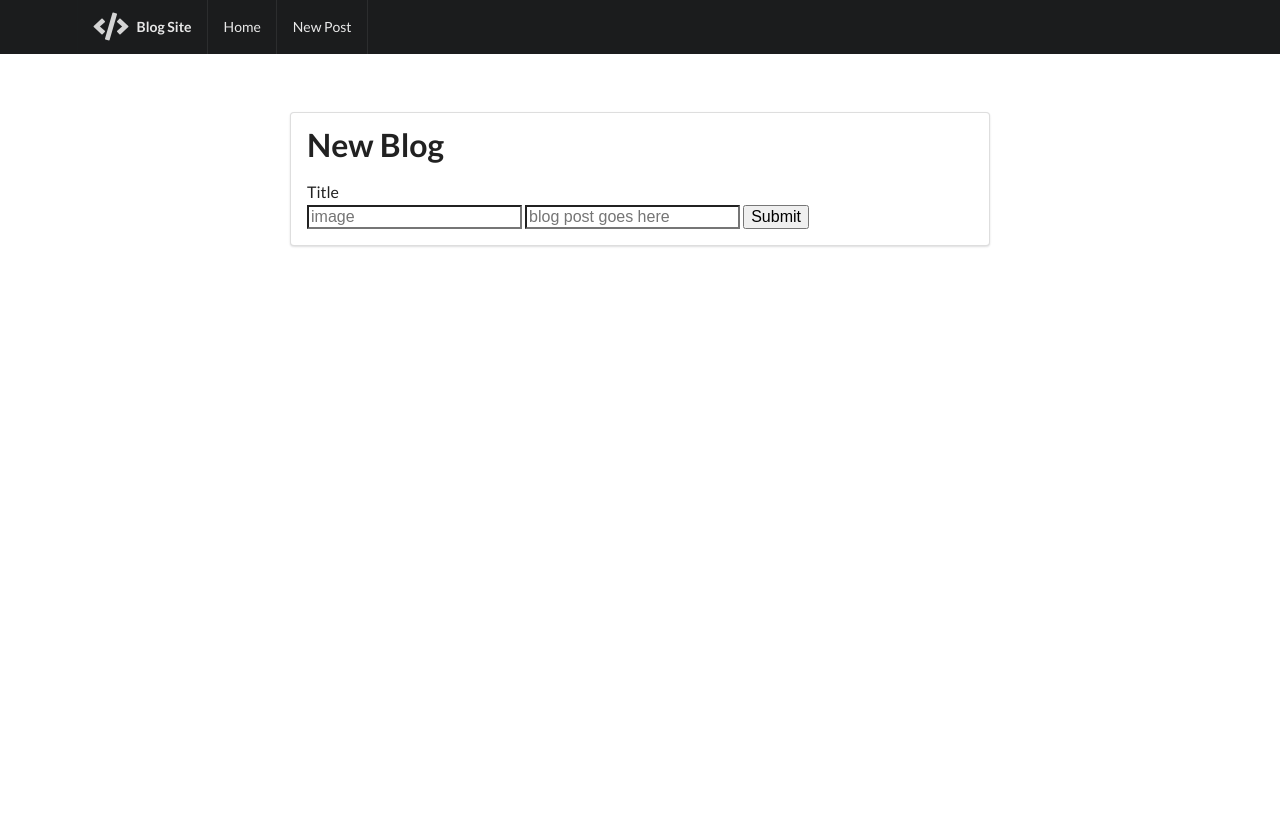
Repository: bosicheng/yelpcamp-project
Page: http://localhost/blogs/new
The author's editor kept a record of every edit. The page is drawn from the files as they stood at one moment, then again after the next edit.
The browser window is 1280 px wide. The pictures show the whole page.
The page is served by the project's Node server (RESTful Routing/RESTfulBlogApp/app.js).

Above is the page before.

After the next edit:
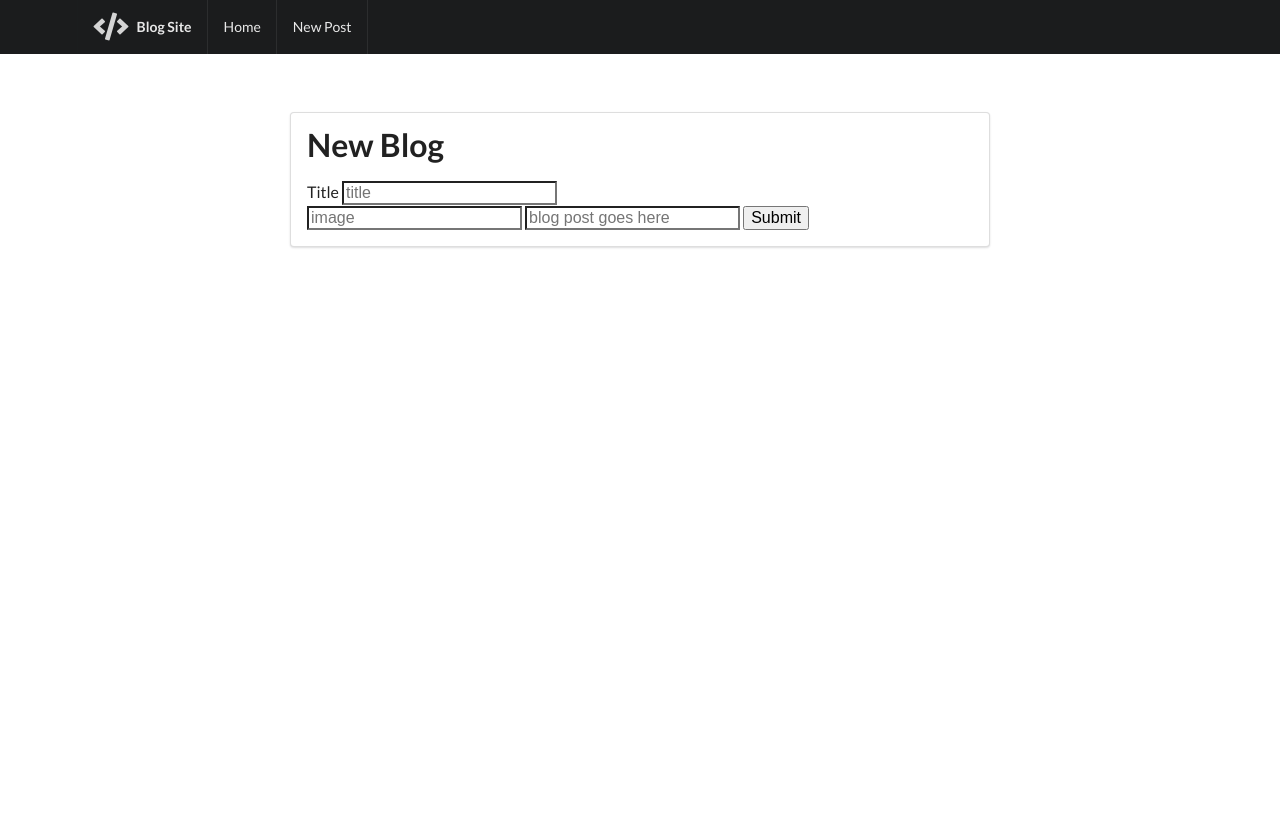
The edit:
--- a/RESTful Routing/RESTfulBlogApp/views/new.ejs
+++ b/RESTful Routing/RESTfulBlogApp/views/new.ejs
@@ -7,7 +7,7 @@
         <!--这里是直接添加req.body.body下属性而不是先改req.body下属性再加-->
         <div class='field'>
             <label>Title</label>
-
+            <input type='text' name='blog[title]' placeholder='title'>
         </div>
 
         <input type='text' name='blog[image]' placeholder='image'>
